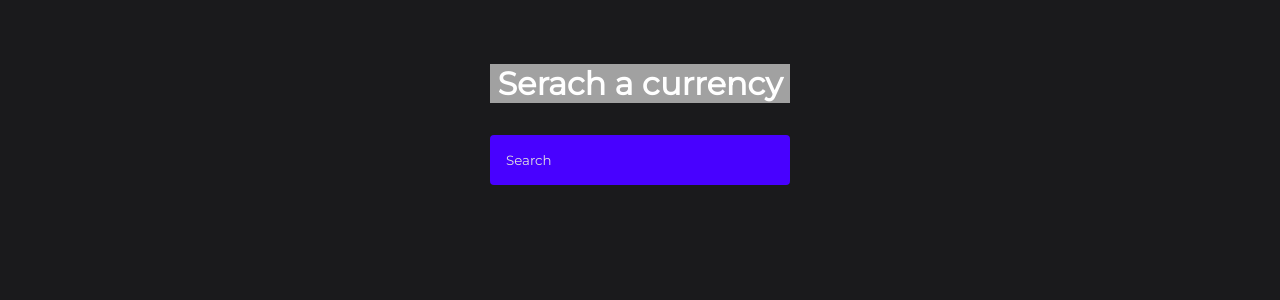
Repository: Malooyyy/crypto-tracker
Page: /
The author's editor kept a copy of each file at every save. The page is drawn from the files as they stood at one save, then again after the next save.
The browser window is 1280 px wide. The pictures show the whole page.
The pointer rests on the first visible `.coin-text`.
The page's requests for data from a server got no answer. The project was rebuilt for these pictures with package versions that can differ from the ones it lists, and the page was loaded fresh each time. No one was signed in, and anything a server would have sent is missing. Also part of the build but not shown: src/Coin.css, src/Coin.js.

Above is the page before, as saved 2022-06-29 09:31:57.

### src/index.css
@import url('https://fonts.googleapis.com/css2?family=Montserrat&display=swap');

* {
  box-sizing: border-box;
  margin: 0;
  padding: 0;
  font-family: 'Montserrat', sans-serif;
  background-color: #1a1a1c;
  color: #fff;
}

.coin-app {
  display: flex;
  flex-direction: column;
  align-items: center;
  margin-top: 64px;
  color: #fff;
}

.coin-text:hover {
  background: #a1a1a1;
}

.coin-search {
  margin-bottom: 64px;
  display: flex;
  flex-direction: column;
  justify-content: center;
  align-items: center;
}

.coin-text {
  margin-bottom: 32px;
  text-align: center;
}

.coin-input {
  padding-left: 16px;
  width: 300px;
  height: 50px;
  border-radius: 4px;
  border: none;
  background: #4801ff;
  color: #e2e2e2;
}

.coin-input::placeholder {
  color: #e2e2e2;
}

### src/App.js
import React, {useEffect, useState} from 'react';
import axios from 'axios';
import Coin from './Coin.js'


function App() {
  const[coins, setCoins] = useState([]);
  const [search, setSearch] = useState('')

  useEffect(() => {
    axios
    .get('https://api.coingecko.com/api/v3/coins/markets?vs_currency=usd&order=market_cap_desc&per_page=100&page=1&sparkline=false')
    .then(res => {
      setCoins(res.data);
    })
    .catch( error => console.log(error));
  }, []);

  const handleChange = e => {
    setSearch(e.target.value)
  }

  const filteredCoins = coins.filter(coin =>
    coin.name.toLowerCase().includes(search.toLowerCase())
    )

  return (
    <div className="coin-app">
      <div className="coin-serach">
        <h1 className="coin-text">Serach a currency</h1>
        <form>
          <input placeholder='Search' className='coin-input' type="text" onChange={handleChange} />
        </form>
      </div>
      {filteredCoins.map(coin => {
        return (
          <Coin key={coin.id}
          name={coin.name}
          image={coin.image}
          symbol={coin.symbol}
          marketcap={coin.market_cap}
          price={coin.current_price}
          priceChange={coin.price_change_percentage_24h}
          volume={coin.total_volume}
          />
        );
      })}
    </div>
  );
}

export default App;

Loaded but not shown: public/index.html (common file); src/index.js (common file); public/manifest.json (common file)

After the next save:
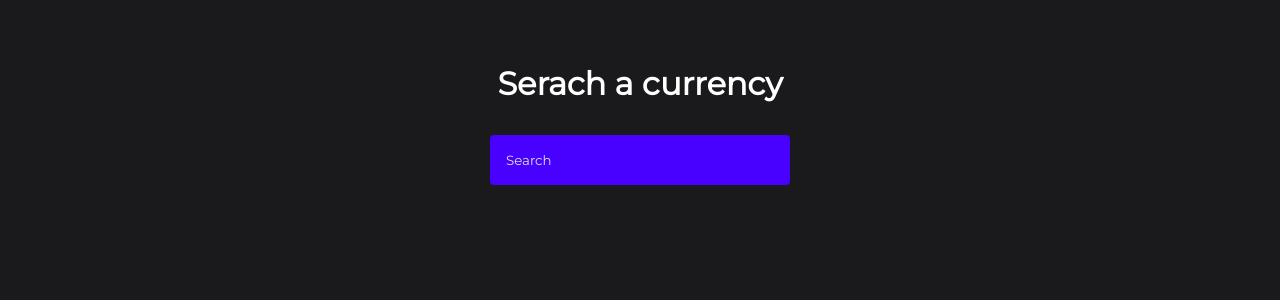
Saved 9 s later.
--- a/src/index.css
+++ b/src/index.css
@@ -17,9 +17,6 @@
   color: #fff;
 }
 
-.coin-text:hover {
-  background: #a1a1a1;
-}
 
 .coin-search {
   margin-bottom: 64px;
